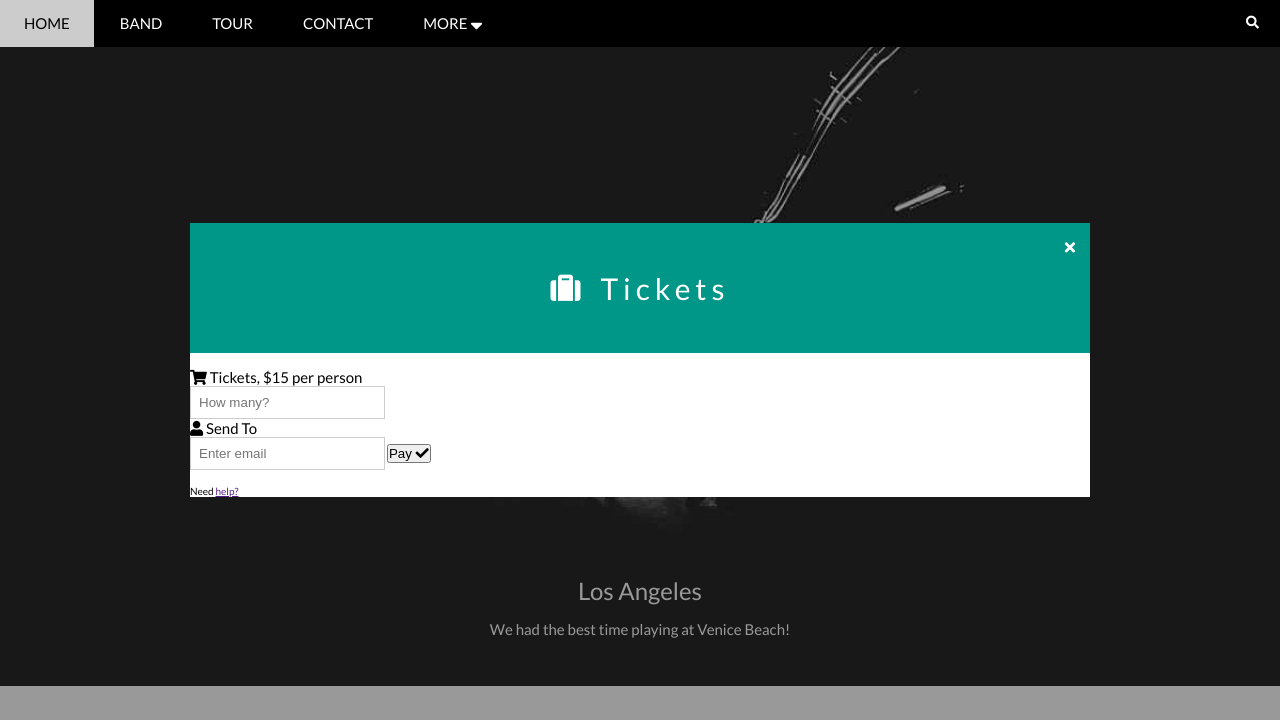
Repository: nguyenthaicong265/w3-band
Page: index.html
An editor plug-in stored every save of this project. The page is shown before and after the next save, followed by the edit.
The browser window is 1280 px wide. The pictures show the window.
A layer covers the whole window, so only the first screen is drawn.

Above is the page before, as saved 2022-01-03 12:01:07.

After the next save:
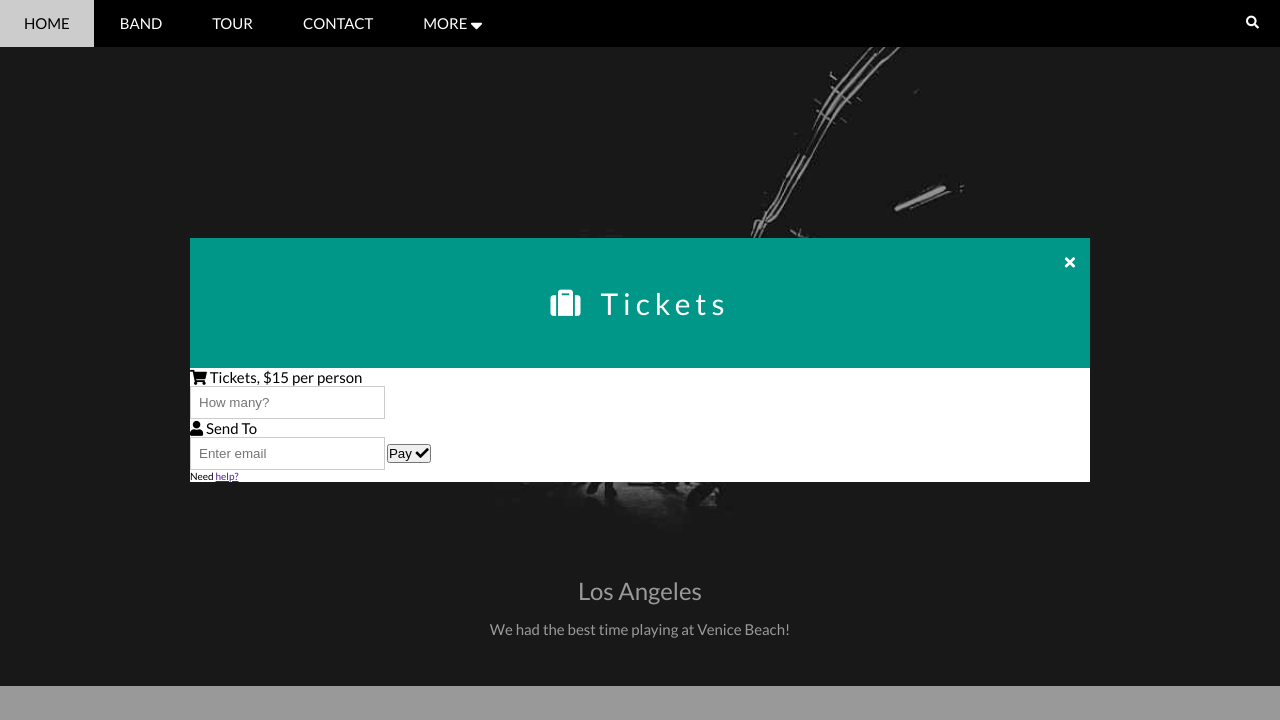
Saved 13 s later.
--- a/assets/css/styles.css
+++ b/assets/css/styles.css
@@ -356,7 +356,7 @@
 }
 
 .modal-body {
-    margin: 15px 0;
+    margin:  0;
 
 }
 

After the save that followed:
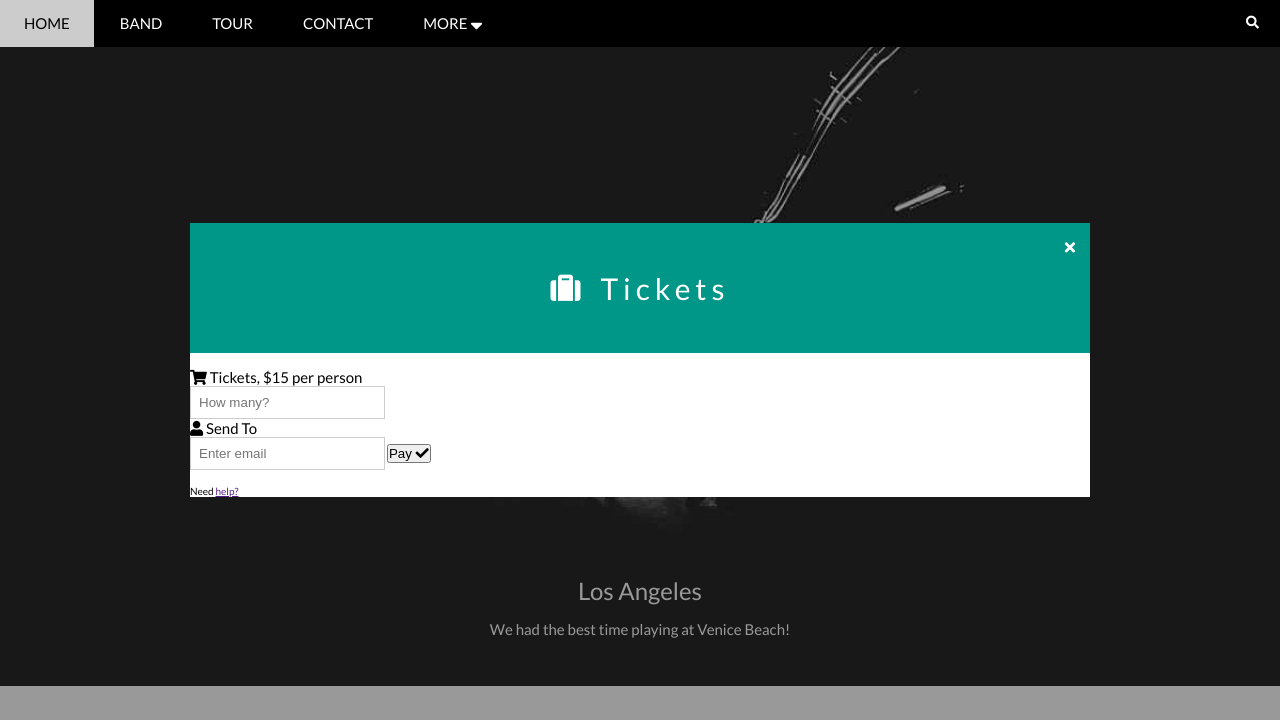
Saved 6 s later.
--- a/assets/css/styles.css
+++ b/assets/css/styles.css
@@ -356,7 +356,7 @@
 }
 
 .modal-body {
-    margin:  0;
+    margin: 15px  0;
 
 }
 
